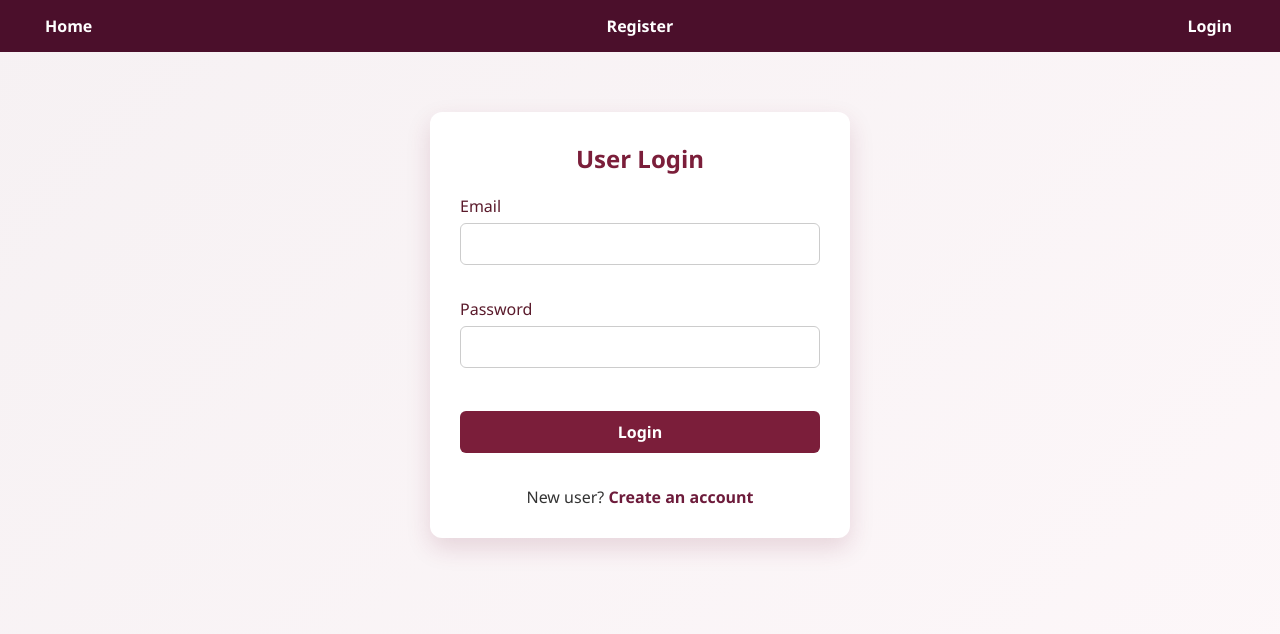
Repository: Sanjaya1822/Campus-Exchange
Page: http://localhost/CampusExchange/login.jsp
The author's editor kept a copy of each file at every save. The page is drawn from the files as they stood at one save, then again after the next save.
The browser window is 1280 px wide. The pictures show the whole page.
The page is served by Tomcat 9. Other server files are loaded and not shown.

Above is the page before, as saved 2026-02-01 17:41:13.

### CampusExchange/src/main/webapp/login.jsp
<%@ page language="java" contentType="text/html; charset=UTF-8" %>
<%@ page language="java" contentType="text/html; charset=UTF-8"
         pageEncoding="UTF-8" %>

<!DOCTYPE html>
<html>
<head>
    <title>Login - CampusExchange</title>
    <link rel="stylesheet" href="css/style.css">
    <link rel="stylesheet" href="https://cdnjs.cloudflare.com/ajax/libs/font-awesome/6.5.0/css/all.min.css">

</head>
<body>
<%
if ("domain".equals(request.getParameter("error"))) {
%>
    <p style="color:red; text-align:center; font-weight:600;">
        ❌ Use your campus email (@rathinam.in)
    </p>
<%
}
%>

<!-- NAVBAR -->
<div class="navbar">
    <a href="index.jsp">Home</a>
    <a href="register.jsp">Register</a>
    <a href="login.jsp">Login</a>
</div>

<!-- LOGIN CARD -->
<%
    String error = request.getParameter("error");
    if ("invalid".equals(error)) {
%>
    <p class="error-msg">Invalid Email or Password</p>
<%
    }
%>

<div class="auth-container">
    <h2>User Login</h2>

    <form action="login" method="post">

        <div class="auth-group">
            <label>Email</label>
            <input type="email" name="email" required>
        </div>

        <div class="auth-group">
            <label>Password</label>
            <input type="password" name="password" required>
        </div>

        <input type="submit" value="Login" class="auth-btn">
    </form>

    <div class="auth-link">
        New user? <a href="register.jsp">Create an account</a>
    </div>
</div>

</body>

</html>

### CampusExchange/src/main/webapp/css/style.css
/* ================= RESET ================= */
* {
    margin: 0;
    padding: 0;
    box-sizing: border-box;
    font-family: "Segoe UI", Arial, sans-serif;
}

/* ================= PAGE BACKGROUND ================= */
body {
    background: linear-gradient(
        rgba(0,0,0,0.55),
        rgba(0,0,0,0.55)
    ),
    url("../images/bg.jpg") no-repeat center center / cover;
    min-height: 100vh;
    color: #333;
}

/* ================= NAVBAR ================= */
.navbar {
    width: 100%;
    padding: 18px;
    text-align: center;
    background: rgba(255,255,255,0.95);
}

.navbar a {
    margin: 0 18px;
    text-decoration: none;
    color: #6d1b3b;
    font-weight: 600;
    font-size: 16px;
}

.navbar a:hover {
    color: #9c274d;
}

/* ================= HERO ================= */
.hero {
    margin-top: 120px;
    text-align: center;
    color: #ffffff;
}

.hero h1 {
    font-size: 52px;
    letter-spacing: 1px;
}

.hero p {
    margin-top: 15px;
    font-size: 18px;
    max-width: 650px;
    margin-left: auto;
    margin-right: auto;
    opacity: 0.95;
}

/* ================= CTA ================= */
.cta {
    margin-top: 30px;
}

.cta a {
    display: inline-block;
    padding: 14px 30px;
    background: #6d1b3b;
    color: #ffffff;
    text-decoration: none;
    border-radius: 30px;
    font-size: 16px;
    font-weight: 600;
}

.cta a:hover {
    background: #9c274d;
}

/* ================= FEATURES ================= */
.features {
    background: #f7f3f5;
    padding: 70px 20px;
    margin-top: 120px;
}

.features h2 {
    text-align: center;
    margin-bottom: 40px;
    color: #6d1b3b;
    font-size: 32px;
}

/* ================= FEATURE GRID ================= */
.feature-grid {
    display: grid;
    grid-template-columns: repeat(auto-fit, minmax(220px, 1fr));
    gap: 30px;
    max-width: 1000px;
    margin: auto;
}

/* ================= FEATURE CARD ================= */
.feature-card {
    background: #ffffff;
    padding: 30px;
    border-radius: 14px;
    text-align: center;
    box-shadow: 0 15px 30px rgba(0,0,0,0.15);
    transition: transform 0.3s ease, box-shadow 0.3s ease;
}

.feature-card i {
    font-size: 34px;
    color: #6d1b3b;
    margin-bottom: 15px;
}

.feature-card h3 {
    margin-bottom: 10px;
    color: #6d1b3b;
}

.feature-card p {
    font-size: 14px;
    line-height: 1.6;
}

.feature-card a {
    display: inline-block;
    margin-top: 15px;
    color: #9c274d;
    font-weight: 600;
    text-decoration: none;
}

.feature-card:hover {
    transform: translateY(-8px);
    box-shadow: 0 25px 45px rgba(0,0,0,0.25);
}

/* ================= INFO SECTION ================= */
.info {
    background: #ffffff;
    padding: 70px 20px;
}

.info h2 {
    text-align: center;
    color: #6d1b3b;
    margin-bottom: 25px;
}

.info p {
    max-width: 800px;
    margin: auto;
    text-align: center;
    line-height: 1.7;
    font-size: 15px;
}

/* ================= FOOTER ================= */
.footer {
    background: #6d1b3b;
    color: #ffffff;
    padding: 20px;
    text-align: center;
    font-size: 14px;
}
/* ================= AUTH PAGES ================= */
.auth-container {
    width: 420px;
    background: rgba(255,255,255,0.97);
    padding: 35px;
    border-radius: 14px;
    box-shadow: 0 20px 40px rgba(0,0,0,0.3);
    margin: 120px auto;
}

.auth-container h2 {
    text-align: center;
    margin-bottom: 25px;
    color: #6d1b3b;
}

/* Input group */
.auth-group {
    margin-bottom: 18px;
}

.auth-group label {
    display: block;
    margin-bottom: 6px;
    font-weight: 600;
    color: #444;
}

.auth-group input {
    width: 100%;
    padding: 12px;
    border-radius: 6px;
    border: 1px solid #ccc;
    font-size: 15px;
}

.auth-group input:focus {
    outline: none;
    border-color: #9c274d;
    box-shadow: 0 0 5px rgba(156,39,77,0.4);
}

/* Submit button */
.auth-btn {
    width: 100%;
    padding: 12px;
    background: #6d1b3b;
    color: white;
    border: none;
    border-radius: 6px;
    font-size: 16px;
    font-weight: 600;
    cursor: pointer;
    margin-top: 10px;
}

.auth-btn:hover {
    background: #9c274d;
}

/* Auth links */
.auth-link {
    text-align: center;
    margin-top: 18px;
}

.auth-link a {
    text-decoration: none;
    color: #6d1b3b;
    font-weight: 600;
}

.auth-link a:hover {
    text-decoration: underline;
}
/* ================= DASHBOARD ================= */

.dashboard-grid {
    display: grid;
    grid-template-columns: repeat(2, 1fr);
    gap: 20px;
    margin-top: 20px;
}

.dash-card {
    display: block;
    padding: 25px;
    border-radius: 12px;
    text-decoration: none;
    background: #f7f3f5;
    color: #333;
    box-shadow: 0 10px 20px rgba(0,0,0,0.15);
    transition: transform 0.3s ease, box-shadow 0.3s ease;
}

.dash-card h3 {
    color: #6d1b3b;
    margin-bottom: 8px;
}

.dash-card:hover {
    transform: translateY(-6px);
    box-shadow: 0 18px 30px rgba(0,0,0,0.25);
}
.error-msg {
    color: #7b1e3a;
    background: #fdecee;
    padding: 10px;
    border-radius: 6px;
    text-align: center;
    margin-bottom: 15px;
}
/* SELL / FORM PAGE CLEAN BACKGROUND */
body {
    background: linear-gradient(135deg, #f6f1f3, #fdf7f9);
    font-family: 'Segoe UI', sans-serif;
}

.auth-container {
    background: #ffffff;
    padding: 30px;
    max-width: 500px;
    margin: 60px auto;
    border-radius: 12px;
    box-shadow: 0 10px 25px rgba(123, 30, 58, 0.15);
}

.auth-container h2 {
    color: #7b1e3a;
    text-align: center;
    margin-bottom: 20px;
}

.auth-container label {
    color: #5a1a2b;
    font-weight: 500;
}

.auth-container input,
.auth-container textarea,
.auth-container select {
    width: 100%;
    padding: 10px;
    margin-bottom: 15px;
    border-radius: 6px;
    border: 1px solid #ccc;
}

.auth-container input[type="submit"] {
    background: #7b1e3a;
    color: white;
    border: none;
    cursor: pointer;
    font-weight: bold;
}

.auth-container input[type="submit"]:hover {
    background: #5a1428;
}
.items-grid {
    display: grid;
    grid-template-columns: repeat(auto-fit, minmax(220px, 1fr));
    gap: 20px;
    margin-top: 20px;
}

.item-card {
    background: #fff;
    border-radius: 10px;
    padding: 15px;
    box-shadow: 0 8px 20px rgba(0,0,0,0.08);
    text-align: center;
}

.item-card img {
    width: 100%;
    height: 180px;
    object-fit: cover;
    border-radius: 8px;
}

.item-card h3 {
    color: #7b1e3a;
    margin: 10px 0 5px;
}

.item-card p {
    font-size: 14px;
    color: #555;
}

.item-card .price {
    font-weight: bold;
    color: #5a1428;
    margin-top: 8px;
}
/* DASHBOARD THEME */
.dashboard-hero {
    background: linear-gradient(135deg, #6d1b3d, #8e244d);
    color: white;
    padding: 40px;
    text-align: center;
}

.dashboard-hero h1 {
    font-size: 32px;
}

.stats-container {
    display: flex;
    justify-content: space-around;
    margin: 30px auto;
    width: 90%;
}

.stat-box {
    background: #fff;
    padding: 20px;
    width: 30%;
    text-align: center;
    border-radius: 12px;
    box-shadow: 0 10px 25px rgba(0,0,0,0.1);
}

.stat-box h3 {
    color: #6d1b3d;
}

.stat-box p {
    font-size: 20px;
    font-weight: bold;
}

.dashboard-actions {
    display: grid;
    grid-template-columns: repeat(4, 1fr);
    gap: 25px;
    width: 90%;
    margin: 40px auto;
}

.action-card {
    background: white;
    padding: 30px;
    text-align: center;
    border-radius: 16px;
    text-decoration: none;
    color: #333;
    box-shadow: 0 10px 25px rgba(0,0,0,0.1);
    transition: 0.3s ease;
}

.action-card:hover {
    transform: translateY(-8px);
    background: #6d1b3d;
    color: white;
}

.navbar {
    display: flex;
    justify-content: space-between;
    padding: 15px 30px;
    background: #4b0f2b;
}

.navbar a {
    color: white;
    margin-left: 15px;
    text-decoration: none;
}

.navbar a:hover {
    text-decoration: underline;
}
.quick-actions {
    width: 90%;
    margin: 40px auto;
    text-align: center;
}

.quick-actions h2 {
    color: #6d1b3d;
    margin-bottom: 25px;
}

.how-it-works {
    background: #f9f2f5;
    padding: 50px 0;
    text-align: center;
}

.how-it-works h2 {
    color: #6d1b3d;
    margin-bottom: 30px;
}

.steps {
    display: flex;
    justify-content: space-around;
    width: 90%;
    margin: auto;
}

.step-box {
    background: white;
    padding: 25px;
    width: 30%;
    border-radius: 12px;
    box-shadow: 0 8px 20px rgba(0,0,0,0.08);
}

.step-box h3 {
    color: #6d1b3d;
    margin-bottom: 10px;
}

.dashboard-footer {
    background: linear-gradient(135deg, #4b0f2b, #6d1b3d);
    color: white;
    text-align: center;
    padding: 50px 20px;
}

.dashboard-footer p {
    margin: 10px 0 20px;
}

.footer-btn {
    background: white;
    color: #6d1b3d;
    padding: 12px 25px;
    border-radius: 25px;
    text-decoration: none;
    font-weight: bold;
}

.footer-btn:hover {
    background: #f3dbe4;
}
.item-link {
    text-decoration: none;
    color: inherit;
}
.interest-btn {
    background: #7b1e3a;
    color: white;
    padding: 12px 20px;
    border: none;
    border-radius: 6px;
    cursor: pointer;
    margin-top: 15px;
}

.interest-btn:hover {
    background: #5a1428;
}
.btn-primary {
    width: 100%;
    padding: 12px;
    background: linear-gradient(135deg, #7b1e3a, #a83250);
    color: white;
    font-size: 16px;
    border: none;
    border-radius: 8px;
    cursor: pointer;
    font-weight: 600;
    transition: all 0.3s ease;
}

.btn-primary:hover {
    background: linear-gradient(135deg, #5e152c, #8c2a43);
    transform: translateY(-2px);
}

.btn-primary:active {
    transform: scale(0.98);
}
.btn-primary {
    background: #7b1e3a;
    color: white;
    padding: 12px 30px;
    border: none;
    border-radius: 8px;
    font-size: 16px;
    cursor: pointer;
    transition: 0.3s;
}

.btn-primary:hover {
    background: #5a142b;
}

After the next save:
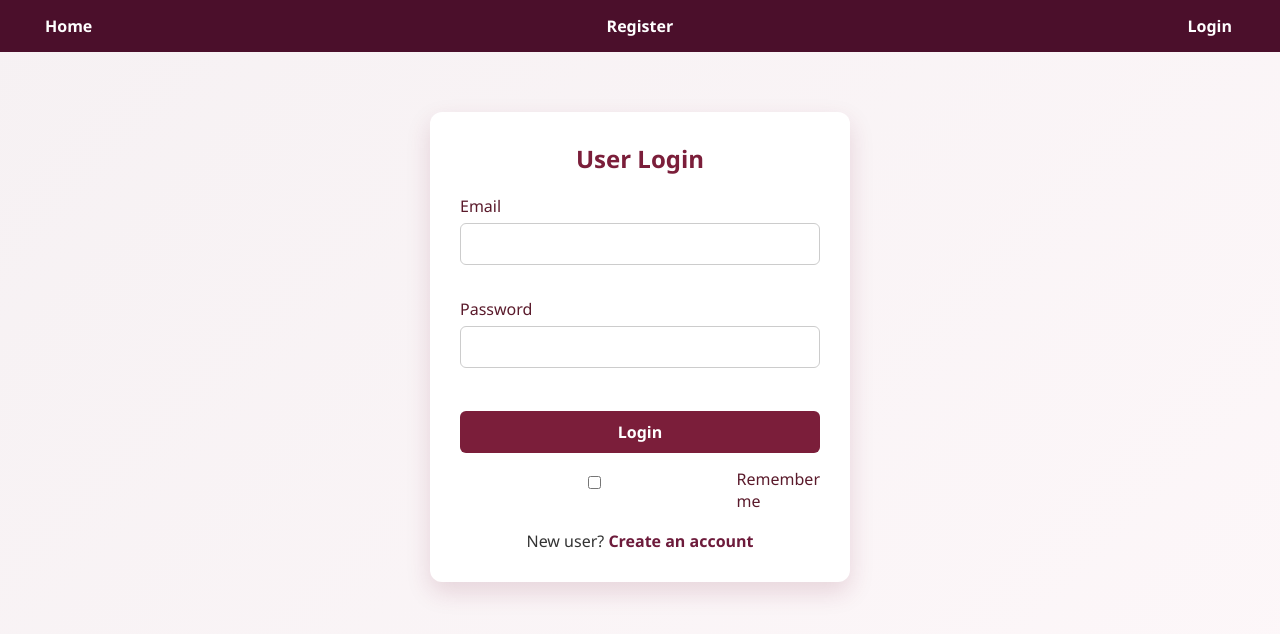
Saved 39 s later.
--- a/CampusExchange/src/main/webapp/login.jsp
+++ b/CampusExchange/src/main/webapp/login.jsp
@@ -54,6 +54,11 @@
         </div>
 
         <input type="submit" value="Login" class="auth-btn">
+        <label style="display:flex; align-items:center; gap:8px;">
+    <input type="checkbox" name="remember">
+    Remember me
+</label>
+
     </form>
 
     <div class="auth-link">
